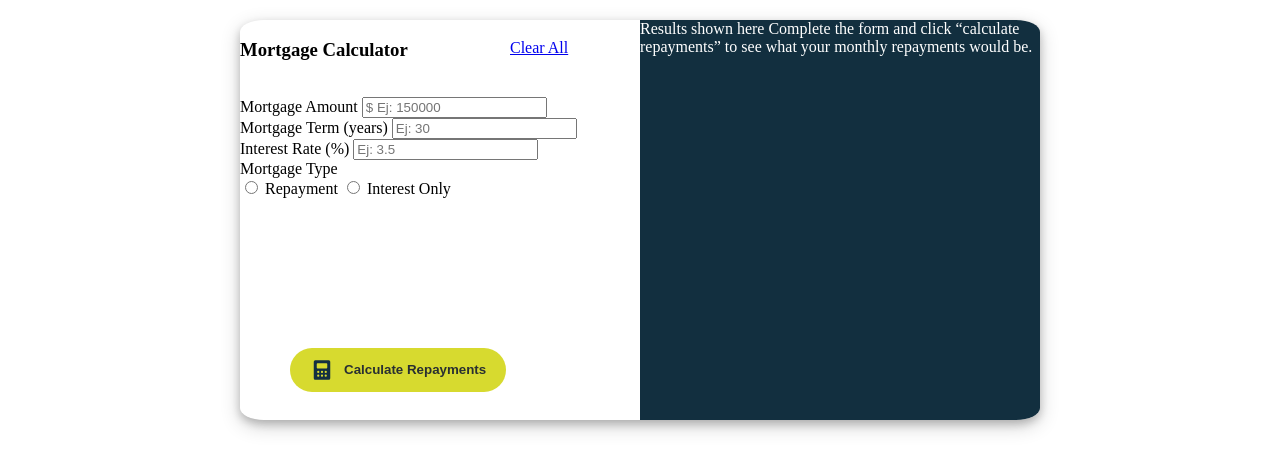
Repository: GravielPV/Mortgage-repayment-calculator
Page: index.html
An editor plug-in stored every save of this project. The page is shown before and after a run of saves, followed by the edit.
The browser window is 1280 px wide. The pictures show the whole page.

Above is the page before, as saved 2025-12-11 17:13:44.

After the next 2 saves:
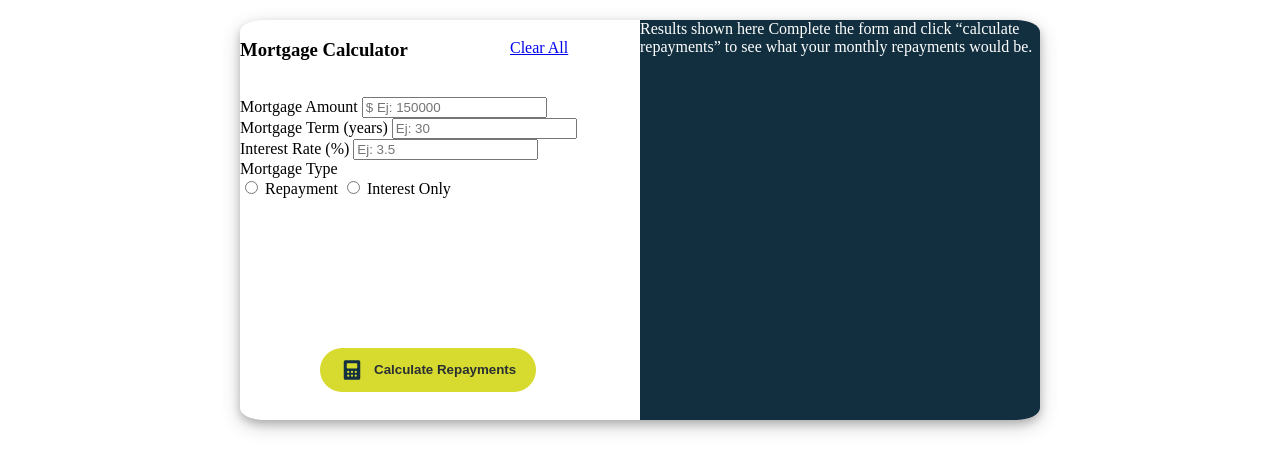
The 2 saves are shown as one change because they came seconds apart.
The last was saved 6 s later.
--- a/styles.css
+++ b/styles.css
@@ -41,7 +41,7 @@ a{
     button{
         position: relative;
         top: 150px;
-        left: 50px;
+        left: 80px;
         padding: 10px 20px;
         background-color: hsl(61, 70%, 52%);
         border: none;
